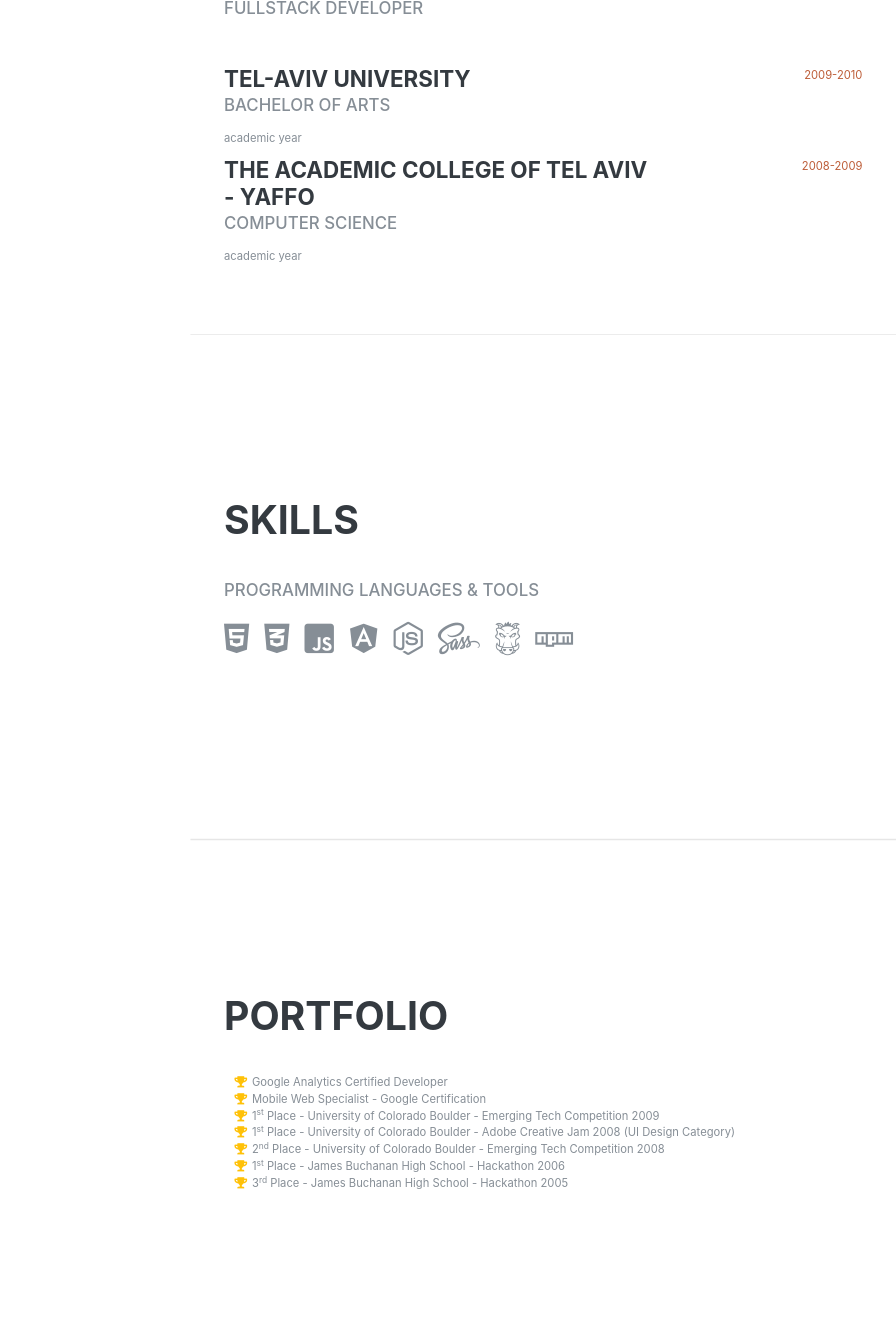
Repository: AlonGur/resume
Page: index.html
These files come from the project's save history. The page is drawn as it stood at one moment and after the next save; the edit follows.
The browser window is 1280 px wide. The pictures show the part of the page from y = 1806 to 3726 px (the page is 3726 px tall), at 70% of full size.
Some web fonts or font styles are not loaded; a fallback is used.

Above is the page before, as saved 2019-06-07 16:15:16.

After the next save:
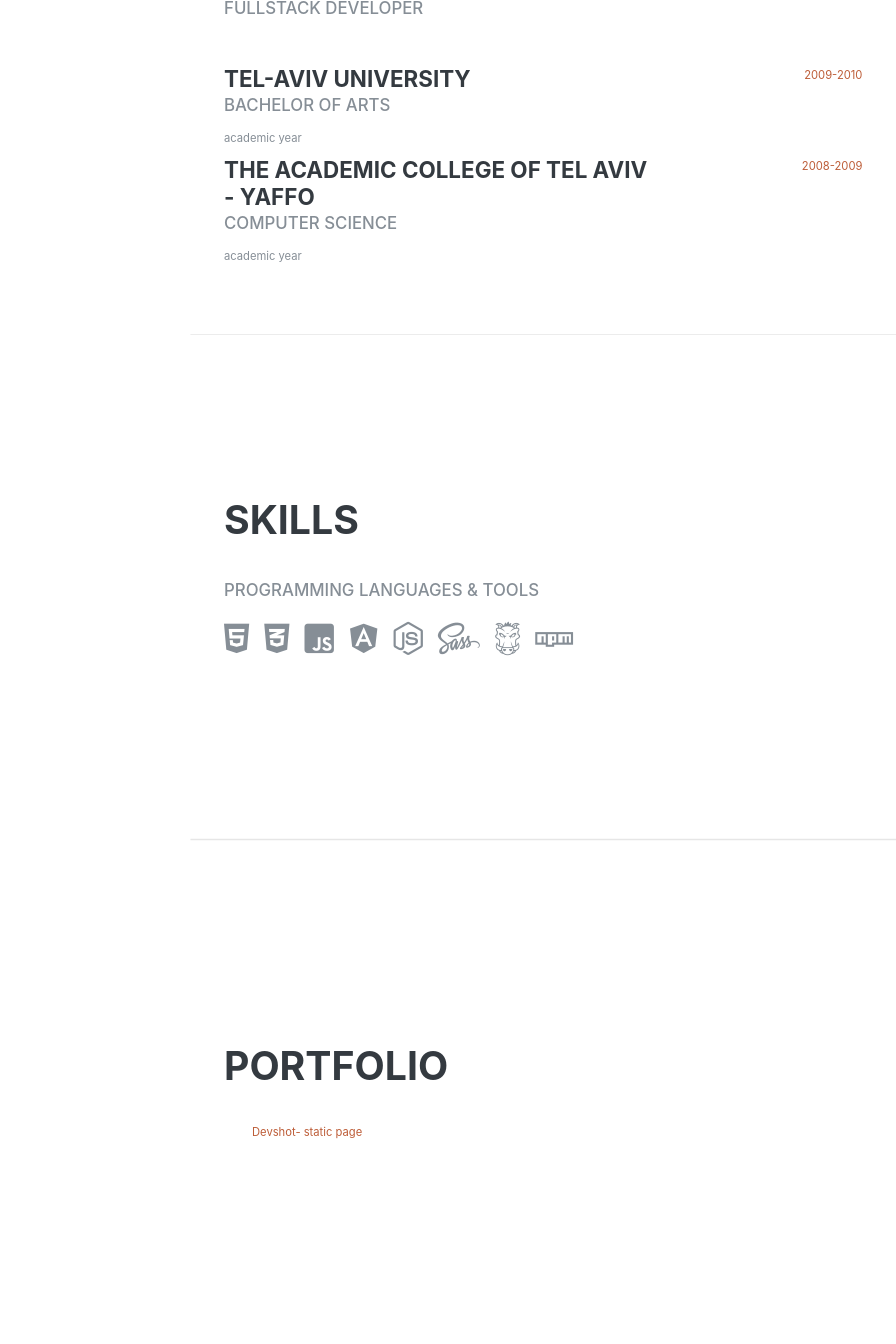
Saved 83 s later.
--- a/index.html
+++ b/index.html
@@ -223,32 +223,9 @@
       <div class="w-100">
         <h2 class="mb-5">Portfolio</h2>
         <ul class="fa-ul mb-0">
-          <li>
-            <i class="fa-li fa fa-trophy text-warning"></i>
-            Google Analytics Certified Developer</li>
-          <li>
-            <i class="fa-li fa fa-trophy text-warning"></i>
-            Mobile Web Specialist - Google Certification</li>
-          <li>
-            <i class="fa-li fa fa-trophy text-warning"></i>
-            1<sup>st</sup>
-            Place - University of Colorado Boulder - Emerging Tech Competition 2009</li>
-          <li>
-            <i class="fa-li fa fa-trophy text-warning"></i>
-            1<sup>st</sup>
-            Place - University of Colorado Boulder - Adobe Creative Jam 2008 (UI Design Category)</li>
-          <li>
-            <i class="fa-li fa fa-trophy text-warning"></i>
-            2<sup>nd</sup>
-            Place - University of Colorado Boulder - Emerging Tech Competition 2008</li>
-          <li>
-            <i class="fa-li fa fa-trophy text-warning"></i>
-            1<sup>st</sup>
-            Place - James Buchanan High School - Hackathon 2006</li>
-          <li>
-            <i class="fa-li fa fa-trophy text-warning"></i>
-            3<sup>rd</sup>
-            Place - James Buchanan High School - Hackathon 2005</li>
+         <li><a href="">
+           Devshot- static page
+         </a></li>
         </ul>
       </div>
     </section>
